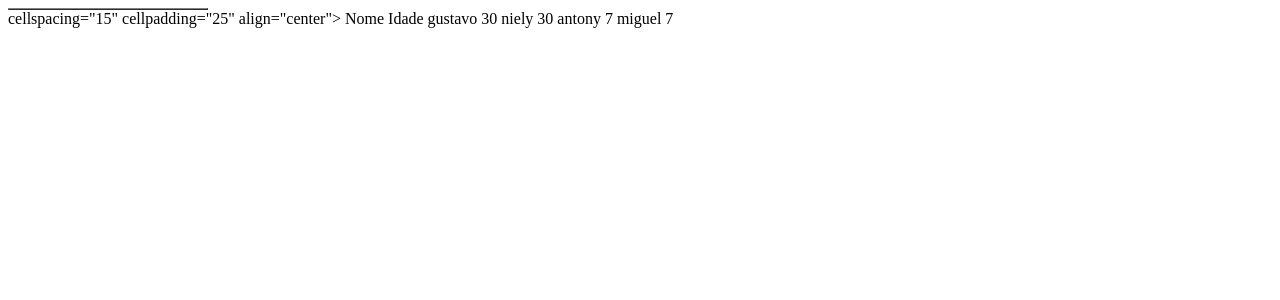
Repository: gustavotwist/html-css
Page: forn.html
An editor plug-in stored every save of this project. The page is shown before and after the next save, followed by the edit.
The browser window is 1280 px wide. The pictures show the whole page.

Above is the page before, as saved 2024-04-27 19:20:54.

### forn.html
<!DOCTYPE html>
<html lang="pt-br">
<head>
    <meta charset="UTF-8">
    <meta name="viewport" content="width=device-width, initial-scale=1.0">
    <title>Formulário de Cadastro</title>
</head>
<body>
    <!--<form name="signup" autocomplete="on" onsubmit="alert('Enviei o formulário');"  method="post">
        Nome: <input type="text" name="name" /><br>
        Idade: <input type="number" name="age" /><br>
        Senha: <input type="password" name="password" /><br>
        <button type="submit">Enviar</button>
    </form> -->
    <!-- <form>
       <label>Digíte aqui: </label> <input type="text"><br>
        <label>Number: </label> <input type="number" min="0" step="5" max="99"><br>
        <label>Button: </label> <input type="button" value="Enviar"><br>
        <label>Range: </label> <input type="range" min="0" max="100" value="10"><br>
        <label>Color: </label> <input type="color"><br>
        <label>E-mail: </label> <input type="email"><br>
        <label>Url: </label> <input type="url"><br>
        <label>Date: </label> <input type="date"><br>
        <label>Button: </label> <input type="submit" value="Enviar"><br>
        <label>Checkbox: </label> <input type="checkbox"></label> <input type="checkbox"><br>
        <label>Radio: </label> <input type="radio" name="aceita"></label> <input type="radio" name="aceita"><br>
        <label>Hidden: </label> <input type="hidden"><br>
        <label>File: </label> <input type="file" multiple><br>
        <label>Search: </label> <input type="search"><br>
        <label>escolha o cargo:</label>
        <select name="role">
            <option value="">selecione a opção</option>
            <option value="gerente">gerente</option>
            <option value="atendente">atendente</option>
        </select><br>
        <label>Mensagem:</label>
        <textarea name="mensagem" cols="30" rows="10"></textarea>

        <font color="red" >Programe</font>


    </form>-->
    <table border="1" width="200" <!----></table>cellspacing="15" cellpadding="25" align="center">
        <tr>
            <td>Nome</td>
            <td>Idade</td>
        </tr>
        <tr>
            <td>gustavo</td>
            <td>30</td>
        </tr>
        <tr>
            <td>niely</td>
            <td>30</td>
        </tr>
        <tr>
            <td>antony</td>
            <td>7</td>
        </tr>
        <tr>
            <td>miguel</td>
            <td>7</td>
        </tr>
    </table>






</body>
</html>

After the next save:
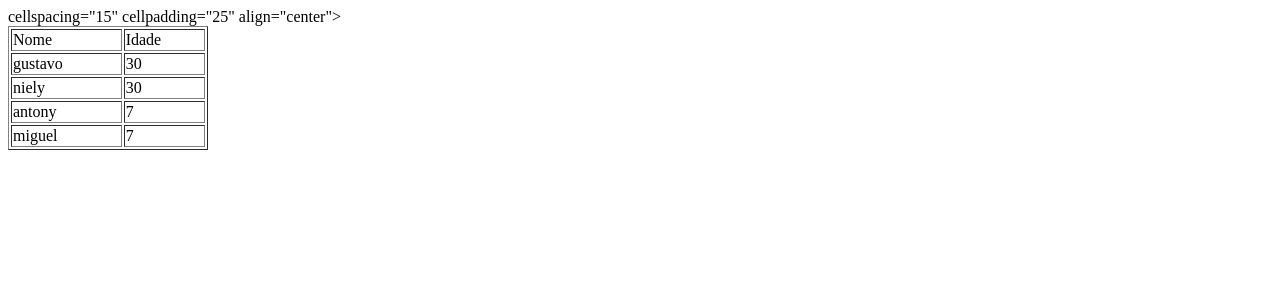
Saved 5 s later.
--- a/forn.html
+++ b/forn.html
@@ -40,7 +40,7 @@
 
 
     </form>-->
-    <table border="1" width="200" <!----></table>cellspacing="15" cellpadding="25" align="center">
+    <table border="1" width="200" <!---->cellspacing="15" cellpadding="25" align="center">
         <tr>
             <td>Nome</td>
             <td>Idade</td>
